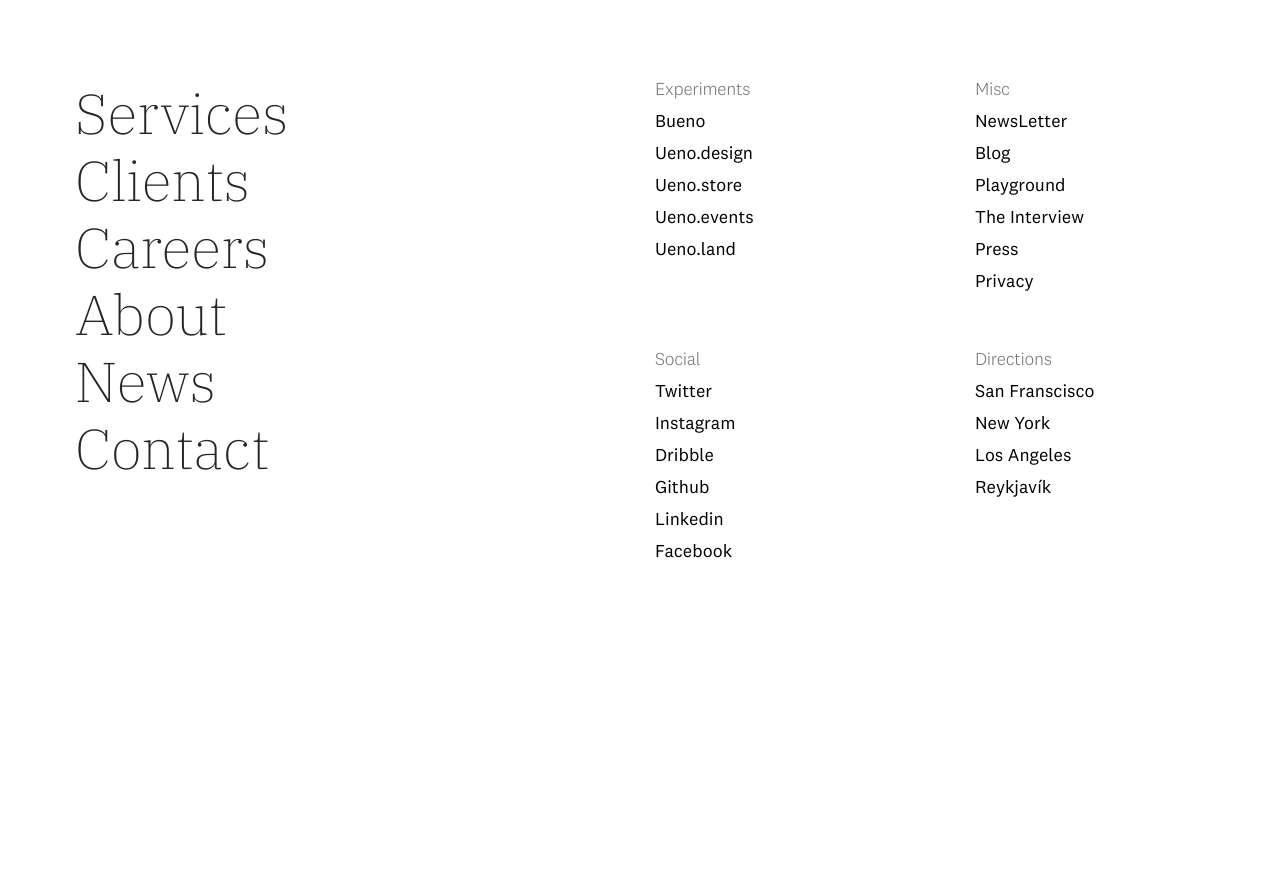
Repository: DeepaPrasanna/UenoClone
Page: /
The author's editor kept a copy of each file at every save. The page is drawn from the files as they stood at one save, then again after the next save.
The browser window is 1280 px wide. The pictures show the whole page.
The project was rebuilt for these pictures with package versions that can differ from the ones it lists, and the page was loaded fresh each time. Also part of the build but not shown: src/components/Layout/Header.js.

Above is the page before, as saved 2021-05-04 19:01:23.

After the next save:
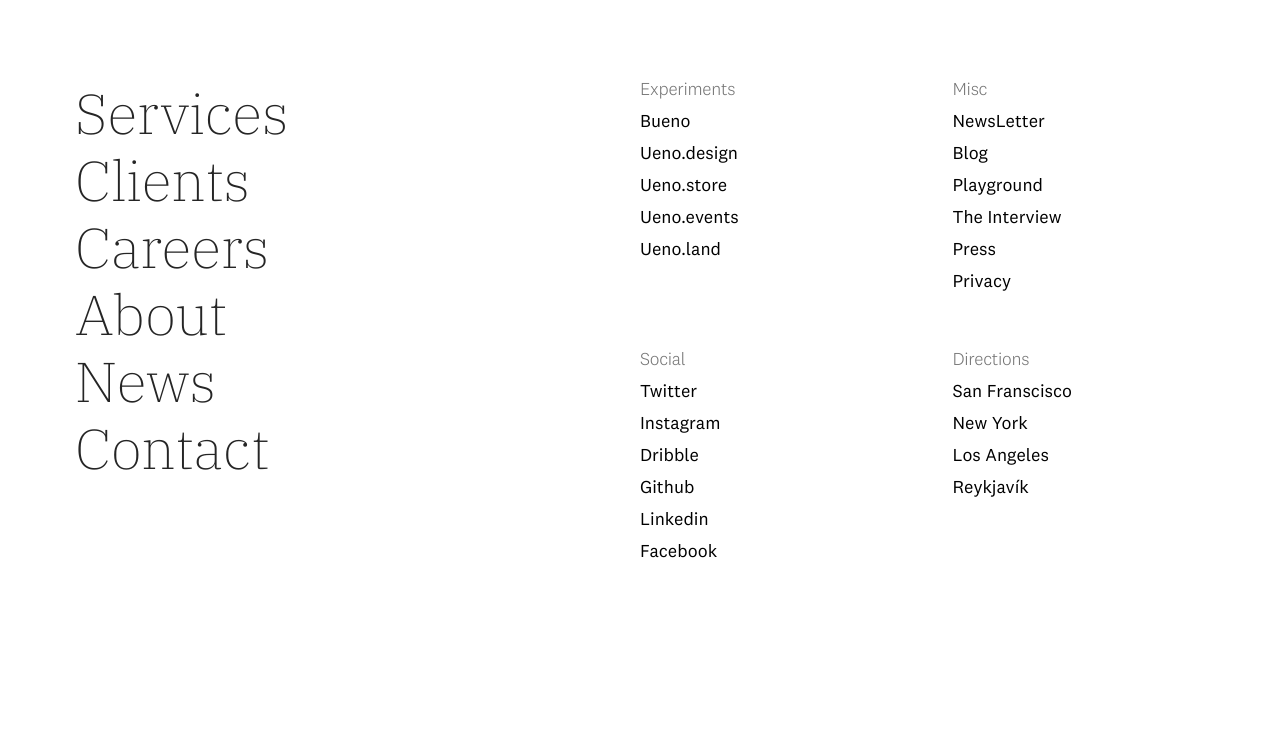
Saved 21 s later.
--- a/src/components/Layout/Screen.js
+++ b/src/components/Layout/Screen.js
@@ -5,7 +5,7 @@
 const Screen = () => {
   return (
     <Container fluid className="screen">
-      <Row className=" vh-100">
+      <Row className=" w-100">
         <Col md={6} className=" screen-first-column">
           <Row>
             <Col>
